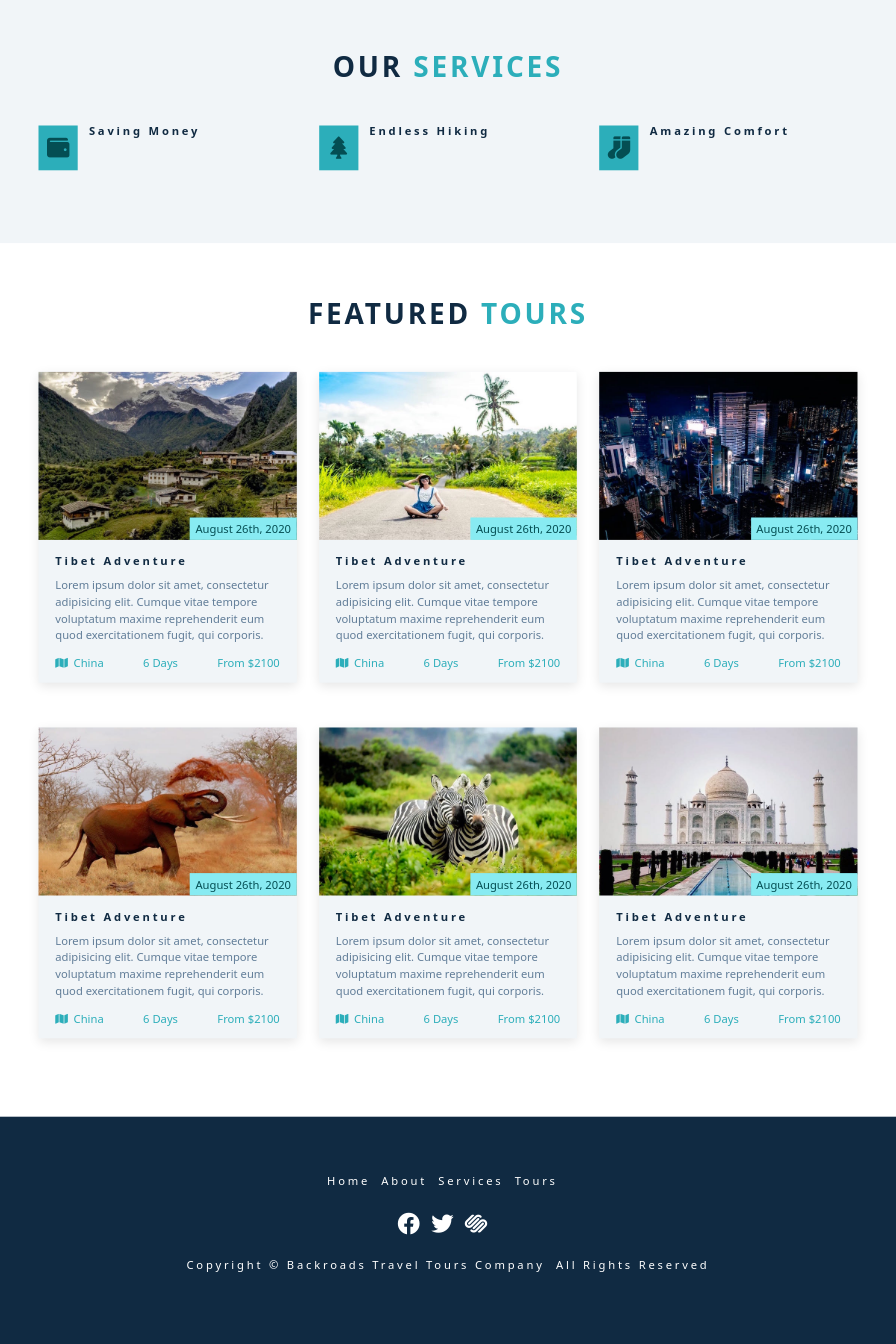
Repository: EdurdodaSilva/Ract_Basic
Page: /
An editor plug-in stored every save of this project. The page is shown before and after a run of saves, followed by the edit.
The browser window is 1280 px wide. The pictures show the part of the page from y = 1415 to 3335 px (the page is 3335 px tall), at 70% of full size.
Some web libraries are served in a nearby version. The project was rebuilt for these pictures with package versions that can differ from the ones it lists, and the page was loaded fresh each time.

Above is the page before, as saved 2024-08-30 07:29:25.

After the next 3 saves:
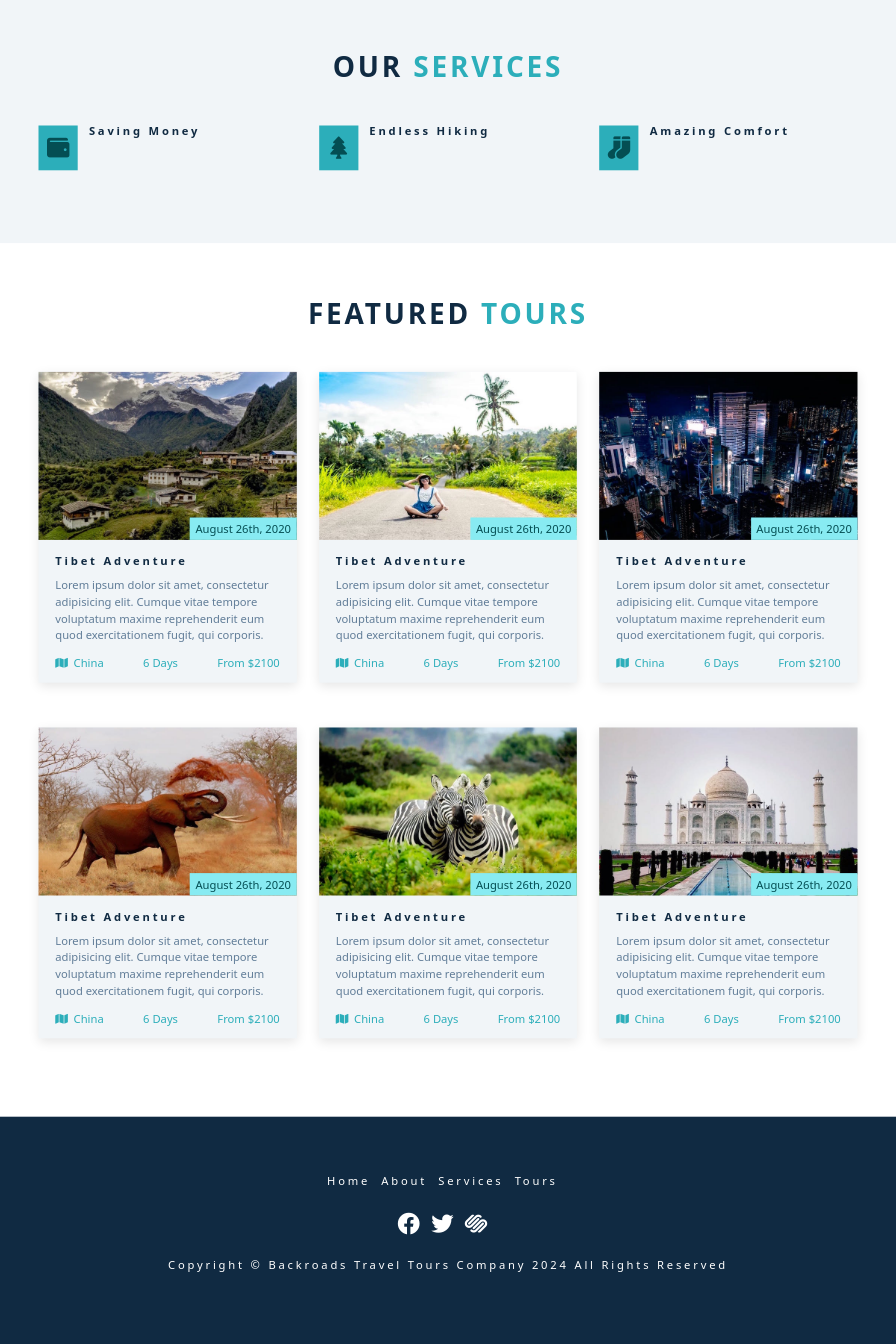
The 3 saves are shown as one change because 2 did not build or start.
The last was saved 6 min 26 s later.
--- a/src/components/Footer.js
+++ b/src/components/Footer.js
@@ -36,7 +36,8 @@ const Footer = () => {
             </ul>
             <p className="copyright">
                 copyright &copy; Backroads travel tours company
-                <span id="date"></span> all rights reserved
+                <span id="date">{new Date().getFullYear()}</span> all rights
+                reserved
             </p>
         </footer>
     );
